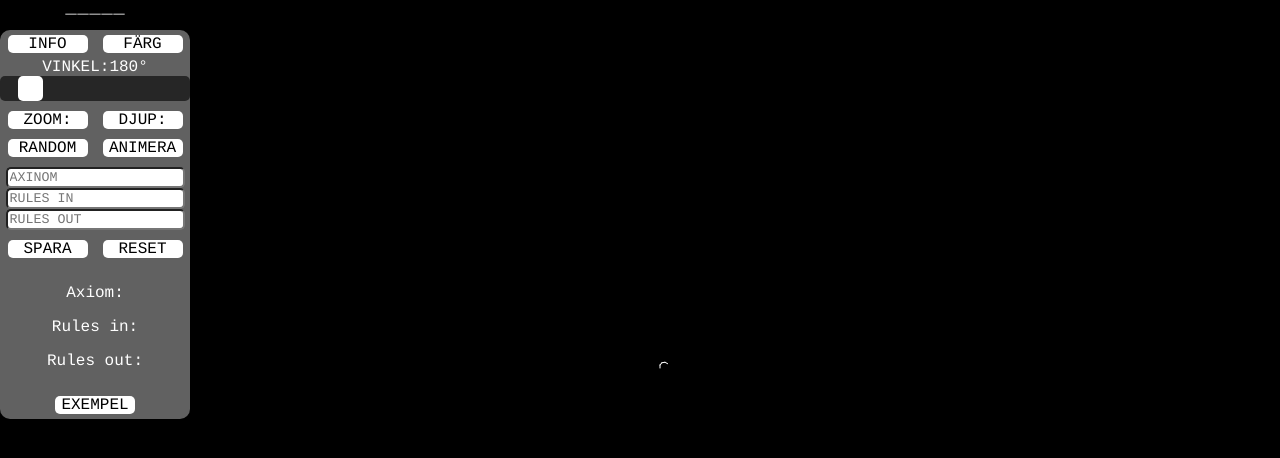
Repository: Gabrielw123/Fraktalgenerator
Page: fraktaler/test/index.html
An editor plug-in stored every save of this project. The page is shown before and after the next save, followed by the edit.
The browser window is 1280 px wide. The pictures show the whole page.
The pointer rests on the first visible `.slider`.
Some web libraries are served in a nearby version.

Above is the page before, as saved 2022-01-13 13:28:28.

### fraktaler/test/index.html
<!DOCTYPE html>
<html lang="en">
  <head>
    <meta charset="UTF-8" />
    <meta http-equiv="X-UA-Compatible" content="IE=edge" />
    <meta name="viewport" content="width=device-width, initial-scale=1.0" />
    <link rel="stylesheet" href="style.css" />
    <title>Fraktal Generator</title>
    <script src="https://cdn.jsdelivr.net/npm/p5@1.0.0/lib/p5.js"></script>
    <!--fading-->
    <script
      src="http://ajax.googleapis.com/ajax/libs/jquery/1.7.1/jquery.min.js"
      type="text/javascript"
    ></script>
  </head>
  <body>
    <!--Skapa en canvas-->
    <canvas id="canvas"></canvas>

    <div class="kontroller">
      <div
        style="background: black"
        onmousedown="return false"
        onselectstart="return false"
        class="grid-container1"
      >
        <div class="grid-item">
          <a class="knappgöm" id="gömknapp" onClick="action();">⏤⏤⏤⏤⏤</a>
        </div>
      </div>

      <div
        style="border-top-left-radius: 10px; border-top-right-radius: 10px"
        onmousedown="return false"
        onselectstart="return false"
        class="grid-container"
        id="göm1"
      >
        <div class="grid-item">
          <a class="knapp" id="infoknapp">INFO</a>
        </div>
        <div class="grid-item">
          <a class="knapp" id="colorknapp" onclick="color();">FÄRG</a>
        </div>
      </div>
      <!--slider vinkel-->
      <div class="slider-container" id="göm2">
        <a onmousedown="return false" onselectstart="return false"
          >VINKEL:<span id="vinkel-out"></span>&deg;</a
        >
        <input type="range" min="0" max="360" class="slider" id="vinkel" />
      </div>

      <div
        onmousedown="return false"
        onselectstart="return false"
        class="grid-container"
        id="göm3"
      >
        <div class="grid-item">
          <a class="knapp" id="längdknapp">ZOOM:<span id="segment_n"></span></a>
        </div>
        <div class="grid-item">
          <a class="knapp" id="djupknapp"
            >DJUP:<span id="generation-out"></span
          ></a>
        </div>

        <div class="grid-item">
          <a class="knapp" id="randomknapp" onclick="random();">RANDOM</a>
        </div>
        <div class="grid-item">
          <a class="knapp" id="animeraknapp" onclick="animera();">ANIMERA</a>
        </div>
      </div>

      <div class="grid-container1" id="göm4">
        <div class="grid-item">
          <input
            style="font-family: courier"
            class="input"
            type="text"
            placeholder="AXINOM"
            id="axiom"
          />
          <input
            style="font-family: courier"
            class="input"
            type="text"
            placeholder="RULES IN"
            id="rules1"
          />
          <input
            style="font-family: courier"
            class="input"
            type="text"
            placeholder="RULES OUT"
            id="rules2"
          />
        </div>
      </div>
      <div
        onmousedown="return false"
        onselectstart="return false"
        class="grid-container"
        id="göm5"
      >
        <div class="grid-item">
          <a class="knapp" id="btn">SPARA</a>
        </div>
        <div class="grid-item">
          <a class="knapp" id="resetknapp" onclick="reset();">RESET</a>
        </div>
      </div>
      <div
        style="
          border-bottom-left-radius: 10px;
          border-bottom-right-radius: 10px;
        "
        class="grid-container1"
        id="göm6"
      >
        <div class="grid-item">
          <p>Axiom:<span id="axiom-out"></span></p>
          <p>Rules in:<span id="rules1-out"></span></p>
          <p>Rules out:<span id="rules2-out"></span></p>
          <p></p>
        </div>
        <div class="grid-item">
          <a
            onmousedown="return false"
            onselectstart="return false"
            class="knapp"
            id="exempelknapp"
            onclick="example();"
            >EXEMPEL</a
          >
        </div>
      </div>

      <!--EXEMPEL-->

      <div
        style="border-radius: 10px"
        onmousedown="return false"
        onselectstart="return false"
        class="grid-container"
        id="göm7"
      >
        <div class="grid-item">
          <a class="knappex" id="Board">Board</a>
        </div>
        <div class="grid-item">
          <a class="knappex" id="Crystal">Crystal</a>
        </div>
        <div class="grid-item">
          <a class="knappex" id="Dragon Curve">Dragon Curve</a>
        </div>
        <div class="grid-item">
          <a class="knappex" id="Hexagonal Gosper">Hexagonal Gosper</a>
        </div>
        <div class="grid-item">
          <a class="knappex" id="Kochcurve">Koch curve</a>
        </div>
        <div class="grid-item">
          <a class="knappex" id="Krishna Anklets">Krishna Anklets</a>
        </div>
        <div class="grid-item">
          <a class="knappex" id="Lévy curve">Lévy curve</a>
        </div>
        <div class="grid-item">
          <a class="knappex" id="L-System Bushes 1">L-System Bushes 1</a>
        </div>
        <div class="grid-item">
          <a class="knappex" id="L-System Bushes 2">L-System Bushes 2</a>
        </div>
        <div class="grid-item">
          <a class="knappex" id="Peano Curve">Peano Curve</a>
        </div>
        <div class="grid-item">
          <a class="knappex" id="Quadratic Snowflake">Quadratic Snowflake </a>
        </div>
        <div class="grid-item">
          <a class="knappex" id="Rings">Rings</a>
        </div>
        <div class="grid-item">
          <a class="knappex" id="Sierpinski Arrowhead">Sierpinski Arrowhead</a>
        </div>
        <div class="grid-item">
          <a class="knappex" id="Sierpinskisquare">Sierpinski Square</a>
        </div>
        <div class="grid-item">
          <a class="knappex" id="Snowflake">Snowflake</a>
        </div>
        <div class="grid-item">
          <a class="knappex" id="Tiles">Tiles</a>
        </div>
        <div class="grid-item">
          <a class="knappex" id="Triangle">Triangle</a>
        </div>
        <div class="grid-item">
          <a class="knappex" id="Von Koch Snowflake">Von Koch Snowflake</a>
        </div>
      </div>
    </div>
    <!--Script-->
    <script src="bruh.js">
      example();
            fraktal.update();
    </script>
  </body>
</html>

### fraktaler/test/style.css
body {
  font-family: "courier", monospace;
  background-color: black;
  color: white;
  text-align: center;
}

.input {
  width: 90%;
  border-radius: 5px;
}
.input:hover {
  background: black;
  color: white;
}

.kontroller {
  width: 190px;
  height: 180px;
  margin: auto;
  position: fixed;
  top: 0%;
  left: 0%;
  right: 100%;
}
.grid-container {
  background: rgba(97, 97, 97, 1);
  display: grid;
  grid-template-columns: auto auto;
}

.grid-container1 {
  background: rgba(97, 97, 97, 1);
  display: grid;
  grid-template-columns: auto;
}
.grid-item {
  text-align: center;
  margin: auto;
  padding-top: 5px;
  padding-bottom: 5px;
}
.grid-item1 {
  text-align: center;
  margin: auto;
  padding-top: 5px;
  padding-bottom: 5px;
  width: 300px;
}
#axiom-out {
  text-align: left;
}
.slider-container {
  background: rgba(97, 97, 97, 1);
  display: grid;
  grid-template-columns: auto;
  width: 100%;
  margin: auto;
  padding-bottom: 5px;
}
.slider {
  -webkit-appearance: none;
  width: 100%;
  height: 25px;
  background: #424242;
  outline: none;
  margin: auto;
  -webkit-transition: 0.2s;
  transition: opacity 0.2s;
  border-radius: 5px;
}

.slider:hover {
  background: #262626;
  color: white;
}

.slider::-webkit-slider-thumb {
  -webkit-appearance: none;
  appearance: none;
  width: 25px;
  height: 25px;
  background: #ffffff;
  cursor: pointer;
  border-radius: 5px;
}

.slider::-moz-range-thumb {
  width: 25px;
  height: 25px;
  background: #04aa6d;
  cursor: pointer;
}

a.knapp {
  display: block;
  background: white;
  color: black;
  width: 80px;
  cursor: pointer;
  border-radius: 5px;
}
a.knapp:hover {
  background: #262626;
  border-radius: 5px;
  color: white;
}

#canvas {
  position: fixed;
  top: 0px;
  left: 0px;
  z-index: -1;
}

a.knappon {
  display: block;
  width: 80px;
  background: #444444;
  color: #ffffff;
  cursor: pointer;
  border-radius: 5px;
}
a.knappex {
  background: white;
  color: black;
  text-align: center;
  cursor: pointer;
  font-size: 13px;
  width: 85px;
  height: 35px;
  display: table-cell;
  vertical-align: middle;
  border-radius: 5px;
}
a.knappex:hover {
  background: #262626;
  border-radius: 5px;
  color: white;
}
.span {
  width: 500px;
}
.knappgöm {
  display: block;
  background: black;
  color: white;
  width: 85px;
  height: 20px;
  cursor: pointer;
  font-size: 15px;
  border-radius: 5px;
}
a.knappgöm:hover {
  background: #262626;
  border-radius: 5px;
  color: black;
}

### fraktaler/test/bruh.js
/*

Den här fraktal generatorn använder sig av Lindenmayer systemet (https://en.wikipedia.org/wiki/L-system)

Källor för lite info
https://codesandbox.io/s/fraktal-generator-forked-g76j8?file=/sketch.js
https://en.wikipedia.org/wiki/L-system#Types_of_L-systems
http://paulbourke.net/fractals/lsys/
https://www.sidefx.com/docs/houdini/nodes/sop/lsystem.html
http://www1.biologie.uni-hamburg.de/b-online/e28_3/lsys.html
https://www.kevs3d.co.uk/dev/lsystems/
https://piratefsh.github.io/p5js-art/public/lsystems/

*/

//INFO button
fetch("README.txt")
  .then((response) => response.text())
  .then((text) => console.log(text));

var info = document.getElementById("infoknapp");
info.onclick = function () {
  confirm("to");
};

//hur snabbt den animerar
var animatespeed = 100;

//lite variablar
let genButton;
let resButton;
let guiText;
color_n = 0;
let generation = 0;
let maxGeneration = 5;
let length;
let angle;
//första load
let axiom = "F+F+F+F";
let rules = [
  {
    in: "F",
    out: "F+F-F-FF+F+F-F",
  },
];

//save button för egna input på fraktaler
const btn = document.getElementById("btn");

btn.addEventListener("click", function () {
  var axiom2 = document.getElementById("axiom").value;
  var rules1 = document.getElementById("rules1").value;
  var rules2 = document.getElementById("rules2").value;
  confirm(
    "Axiom: " + axiom2 + "\nRules in: " + rules1 + "\nRules out: " + rules2
  );
  axiom = axiom2;
  rules = [
    {
      in: rules1,
      out: rules2,
    },
  ];
});

//animera ikonen på hemsidan
var favicon_images = [
    "bilderhem/tmp-0.gif",
    "bilderhem/tmp-1.gif",
    "bilderhem/tmp-2.gif",
    "bilderhem/tmp-3.gif",
    "bilderhem/tmp-4.gif",
    "bilderhem/tmp-5.gif",
  ],
  image_counter = 0;

setInterval(function () {
  if (document.querySelector("link[rel='icon']") !== null)
    document.querySelector("link[rel='icon']").remove();
  if (document.querySelector("link[rel='shortcut icon']") !== null)
    document.querySelector("link[rel='shortcut icon']").remove();
  document
    .querySelector("head")
    .insertAdjacentHTML(
      "beforeend",
      '<link rel="icon" href="' +
        favicon_images[image_counter] +
        '" type="image/gif">'
    );
  if (image_counter == favicon_images.length - 1) image_counter = 0;
  else image_counter++;
}, 200);

//göm UI
var hidden = false;
function action() {
  hidden = !hidden;
  if (hidden) {
    document.getElementById("göm1").style.visibility = "hidden";
    document.getElementById("göm2").style.visibility = "hidden";
    document.getElementById("göm3").style.visibility = "hidden";
    document.getElementById("göm4").style.visibility = "hidden";
    document.getElementById("göm5").style.visibility = "hidden";
    document.getElementById("göm6").style.visibility = "hidden";
    if (document.getElementById("göm7").style.visibility === "visible") {
      document.getElementById("göm7").style.visibility = "hidden";
    }
  } else {
    document.getElementById("göm1").style.visibility = "visible";
    document.getElementById("göm2").style.visibility = "visible";
    document.getElementById("göm3").style.visibility = "visible";
    document.getElementById("göm4").style.visibility = "visible";
    document.getElementById("göm5").style.visibility = "visible";
    document.getElementById("göm6").style.visibility = "visible";
    document.getElementById("göm7").style.visibility = "visible";
  }
}
//göm från början
document.getElementById("göm7").style.visibility = "hidden";
var hidden1 = true;
function example() {
  hidden1 = !hidden1;
  if (hidden1) {
    document.getElementById("göm7").style.visibility = "hidden";
  } else {
    document.getElementById("göm7").style.visibility = "visible";
  }
}

let sentence = axiom;

//start funktion
function setup() {
  createCanvas(windowWidth - 40, windowHeight - 25);
  angle = radians(vinkel.value);
  length = segment_n * 3;
  turtle();
  drawGUI();
}

//color problem
var r = 255,
  g = 0,
  b = 0;

setInterval(function () {
  if (r > 0 && b == 0) {
    r--;
    g++;
  }
  if (g > 0 && r == 0) {
    g--;
    b++;
  }
  if (b > 0 && g == 0) {
    r++;
    b--;
  }
  $("#color").text("rgb(" + r + "," + g + "," + b + ")");
  $("#color").css("color", "rgb(" + r + "," + g + "," + b + ")");
  turtle();
  console.log("df");
}, 10);

function generate() {
  length = segment_n * 3;

  let nextSentence = "";

  for (let i = 0; i < sentence.length; i++) {
    let found = false;
    let currentChar = sentence.charAt(i);

    for (let j = 0; j < rules.length; j++) {
      if (currentChar === rules[j].in) {
        found = true;
        nextSentence += rules[j].out;
        break;
      }
    }
    if (!found) {
      nextSentence += currentChar;
    }
  }
  sentence = nextSentence;
  turtle();
}
function turtle() {
  resetMatrix();
  background(0);
  //color
  if (color_n === 0) {
    stroke(255); //white
  }
  if (color_n === 1) {
    stroke(0, 0, 255); //blue
  }
  if (color_n === 2) {
    stroke(0, 128, 0); //green
  }
  if (color_n === 3) {
    stroke(255, 0, 0); //red
  }
  if (color_n === 4) {
    stroke(255, 165, 0); //orange
  }
  if (color_n === 5) {
    stroke(r, g, b); //rgb flera färger
  }
  translate(window.innerWidth / 2, window.innerHeight / 2);

  for (let i = 0; i <= sentence.length; i++) {
    let currentChar = sentence.charAt(i);

    if (currentChar === "F") {
      line(0, 0, 0, -length);
      translate(0, -length);
    } else if (currentChar === "+") {
      rotate(angle);
    } else if (currentChar === "-") {
      rotate(-angle);
    } else if (currentChar === "[") {
      push();
    } else if (currentChar === "]") {
      pop();
    }
  }
}

var djupknapp = document.getElementById("djupknapp");
djupknapp.onclick = function () {
  if (generation < maxGeneration) {
    generate();
  }
  generation++;
  if (generation > 5) {
    generation = 1;
    sentence = axiom;
    generate();
  }
  var generationout = document.getElementById("generation-out");
  generationout.innerHTML = generation;
  var axiomout = document.getElementById("axiom-out");
  axiomout.innerHTML = axiom;
  var rules1out = document.getElementById("rules1-out");
  rules1out.innerHTML = rules[0].in;
  var rules2out = document.getElementById("rules2-out");
  rules2out.innerHTML = rules[0].out;
};

//skriver ut värden och saker på skärmer för användaren
function drawGUI() {
  genButton = createButton("DJUP");
  genButton.size(85, 20);
  genButton.position(-200, 260);
  genButton.mousePressed(function () {
    if (generation < maxGeneration) {
      generate();
    }
    generation++;
    if (generation > 5) {
      generation = 1;
      sentence = axiom;
      generate();
    }
    var generationout = document.getElementById("generation-out");
    generationout.innerHTML = generation;
    var axiomout = document.getElementById("axiom-out");
    axiomout.innerHTML = axiom;
    var rules1out = document.getElementById("rules1-out");
    rules1out.innerHTML = rules[0].in;
    var rules2out = document.getElementById("rules2-out");
    rules2out.innerHTML = rules[0].out;
  });
}

//!Exemepel knappar

//Andra rad
animera_n = 0;

var c1 = 0;
var t;
var timer_is_on = 0;

//Random funktion
function getRandomInt(min, max) {
  min = Math.ceil(min);
  max = Math.floor(max);
  return Math.floor(Math.random() * (max - min) + min); //The maximum is exclusive and the minimum is inclusive
}

var fraktal = (function () {
  //js funktion
  const c = document.getElementById("canvas");
  var ctx = c.getContext("2d");

  //får bredden och höjden av hemsidan du har på din enhet
  c.width = window.innerWidth;
  c.height = window.innerHeight;
  ctx.strokeStyle = "black";
  ctx.lineWidth = 2;

  //!SLIDERS
  var vinkel = document.getElementById("vinkel");
  var vinkelout = document.getElementById("vinkel-out");
  vinkelout.innerHTML = vinkel.value;

  //gör saker med vinkel
  vinkel.oninput = function () {
    vinkelout.innerHTML = this.value;
    update();
  };

  //SEGMENT
  var segment = document.getElementById("längdknapp");
  segment.onclick = function () {
    segment_n++;
    if (segment_n === 6) {
      segment_n = 1;
    }
    document.getElementById("segment_n").innerHTML = segment_n;
    update();
  };
  //!RESET
  var reset = document.getElementById("resetknapp");
  reset.onclick = function () {
    sentence = axiom;
    turtle();
    vinkel.value = 90;
    segment_n = 3;
    generation = 2;
    axiom = "F+F+F+F";
    rules = [
      {
        in: "F",
        out: "F+F-F-FF+F+F-F",
      },
    ];
    //stönga av animera
    clearTimeout(t);
    animera.className = "knapp";
    c1 = 0;
    animera_n = 0;
    //update this
    update();
  };

  //!RANDOM
  var random = document.getElementById("randomknapp");
  random.onclick = function () {
    vinkel.value = getRandomInt(0, 361);
    vinkelout.innerHTML = vinkel.value;
    update();
  };

  //!ANIMERA

  var animera = document.getElementById("animeraknapp");
  animera.onclick = function () {
    animera_n++;
    if (animera_n === 1) {
      timedCount();
      animera.className = "knappon";
    }
    if (animera_n === 2) {
      clearTimeout(t);
      animera.className = "knapp";
      c1 = 0;
      animera_n = 0;
    }
  };
  //!COLOR

  var color = document.getElementById("colorknapp");
  color.onclick = function () {
    color_n++;
    if (color_n === 6) {
      color_n = 0;
    }
    update();
  };

  timedCount = function () {
    var v = parseInt(vinkel.value);
    v = v + 1;

    if (v === 361) {
      v = 0;
    }
    //updatera UI
    vinkel.value = v;
    vinkelout.innerHTML = vinkel.value;
    //vänta
    t = setTimeout(timedCount, animatespeed);
    update();
  };

  //!Uppdatera allt/////////////////////////////
  var update = function () {
    //skriver ut de nya väderna
    setup();
    //Updaterar sliders och bilder/knappar
    vinkelout.innerHTML = vinkel.value;
    document.getElementById("segment_n").innerHTML = segment_n;
    var generationout = document.getElementById("generation-out");
    generationout.innerHTML = generation;

    var axiomout = document.getElementById("axiom-out");
    axiomout.innerHTML = axiom;
    var rules1out = document.getElementById("rules1-out");
    rules1out.innerHTML = rules[0].in;
    var rules2out = document.getElementById("rules2-out");
    rules2out.innerHTML = rules[0].out;
    //sparar hashen för hemsidan
    save();
  };

  //!SAVE OCH LOAD
  var save = function () {
    var ruleid =
      "#" +
      vinkel.value +
      "," +
      segment_n +
      "," +
      generation +
      "," +
      axiom +
      "," +
      rules[0].in +
      "," +
      rules[0].out;
    window.location = String(window.location).replace(/\#.*$/, "") + ruleid;
  };

  var load = function () {
    let d = window.location.toString();
    if (d.includes("#")) {
      const myArr = d.split("#");

      const test = myArr[1].split(",");
      //Sliders
      vinkel.value = test[0];
      //Knappar
      segment_n = test[1];
      generation = test[2];
      axiom = test[3];
      rules[0].in = test[4];
      rules[0].out = test[5];

      if (
        vinkel.value == undefined ||
        segment_n === undefined ||
        generation === undefined ||
        axiom === undefined ||
        rules[0].in === undefined ||
        rules[0].out === undefined
      ) {
        //Sliders
        vinkel.value = 40;
        //Knappar
        segment_n = 1;
        generation = 1;
        axiom = "F";
        rules[0].in = "F";
        rules[0].out = "F+F";
      }
    } else {
      //Sliders
      vinkel.value = 40;
      //Knappar
      segment_n = 1;
      //Knappar
      generation = 1;
      axiom = "F";
      rules[0].in = "F";
      rules[0].out = "F+F";
    }
    save();
  };
  //!START
  load();

  //!EXEMPEL
  //Exemplerna är ifrån http://paulbourke.net/fractals/lsys/
  //save button för egna input på fraktaler
  const Kochcurve = document.getElementById("Kochcurve");
  Kochcurve.addEventListener("click", function () {
    axiom = "F+F+F+F";
    rules = [
      {
        in: "F",
        out: "F+F-F-FF+F+F-F",
      },
    ];
    vinkel.value = 90;
    segment_n = 3;
    generation = 5;
    update();
  });

  const Sierpinskisquare = document.getElementById("Sierpinskisquare");
  Sierpinskisquare.addEventListener("click", function () {
    axiom = "F+XF+F+XF";
    rules = [
      {
        in: "X",
        out: "XF-F+F-XF+F+XF-F+F-X",
      },
    ];
    vinkel.value = 90;
    segment_n = 3;
    generation = 5;
    update();
  });

  const LSystemBushes1 = document.getElementById("L-System Bushes 1");
  LSystemBushes1.addEventListener("click", function () {
    axiom = "F";
    rules = [
      {
        in: "F",
        out: "FF+[+F-F-F]-[-F+F+F]",
      },
    ];
    vinkel.value = 22.5;
    segment_n = 1;
    generation = 5;
    update();
  });

  const LSystemBushes2 = document.getElementById("L-System Bushes 2");
  LSystemBushes2.addEventListener("click", function () {
    axiom = "F";
    rules = [
      {
        in: "F",
        out: "F[+FF][-FF]F[-F][+F]F",
      },
    ];
    vinkel.value = 35;
    segment_n = 1;
    generation = 5;
    update();
  });

  const Board = document.getElementById("Board");
  Board.addEventListener("click", function () {
    axiom = "F+F+F+F";
    rules = [
      {
        in: "F",
        out: "FF+F+F+F+FF",
      },
    ];
    vinkel.value = 90;
    segment_n = 1;
    generation = 5;
    update();
  });

  const Triangle = document.getElementById("Triangle");
  Triangle.addEventListener("click", function () {
    axiom = "F+F+F";
    rules = [
      {
        in: "F",
        out: "F-F+F",
      },
    ];
    vinkel.value = 120;
    segment_n = 1;
    generation = 5;
    update();
  });
  const Crystal = document.getElementById("Crystal");
  Crystal.addEventListener("click", function () {
    axiom = "F+F+F+F";
    rules = [
      {
        in: "F",
        out: "FF+F++F+F",
      },
    ];
    vinkel.value = 90;
    segment_n = 1;
    generation = 5;
    update();
  });
  const VonKochSnowflake = document.getElementById("Von Koch Snowflake");
  VonKochSnowflake.addEventListener("click", function () {
    axiom = "F++F++F";
    rules = [
      {
        in: "F",
        out: "F-F++F-F",
      },
    ];
    vinkel.value = 60;
    segment_n = 1;
    generation = 5;
    update();
  });
  const Tiles = document.getElementById("Tiles");
  Tiles.addEventListener("click", function () {
    axiom = "F+F+F+F";
    rules = [
      {
        in: "F",
        out: "FF+F-F+F+FF",
      },
    ];
    vinkel.value = 90;
    segment_n = 1;
    generation = 5;
    update();
  });

  const Rings = document.getElementById("Rings");
  Rings.addEventListener("click", function () {
    axiom = "F+F+F+F";
    rules = [
      {
        in: "F",
        out: "FF+F+F+F+F+F-F",
      },
    ];
    vinkel.value = 90;
    segment_n = 1;
    generation = 5;
    update();
  });
  const Lévycurve = document.getElementById("Lévy curve");
  Lévycurve.addEventListener("click", function () {
    axiom = "F";
    rules = [
      {
        in: "F",
        out: "+F--F+",
      },
    ];
    vinkel.value = 45;
    segment_n = 1;
    generation = 5;
    update();
  });
  const HexagonalGosper = document.getElementById("Hexagonal Gosper");
  HexagonalGosper.addEventListener("click", function () {
    axiom = "XF";
    rules = [
      {
        in: "X",
        out: "X+YF++YF-FX--FXFX-YF+",
      },
      {
        in: "Y",
        out: "-FX+YFYF++YF+FX--FX-Y",
      },
    ];
    vinkel.value = 60;
    segment_n = 1;
    generation = 5;
    update();
  });
  const DragonCurve = document.getElementById("Dragon Curve");
  DragonCurve.addEventListener("click", function () {
    axiom = "FX";
    rules = [
      {
        in: "X",
        out: "X+YF+",
      },
      {
        in: "Y",
        out: "-FX-Y",
      },
    ];
    vinkel.value = 90;
    segment_n = 1;
    generation = 5;
    update();
  });
  const SierpinskiArrowhead = document.getElementById("Sierpinski Arrowhead");
  SierpinskiArrowhead.addEventListener("click", function () {
    axiom = "YF";
    rules = [
      {
        in: "X",
        out: "YF+XF+Y",
      },
      {
        in: "Y",
        out: "XF-YF-X",
      },
    ];
    vinkel.value = 60;
    segment_n = 1;
    generation = 5;
    update();
  });
  const QuadraticSnowflake = document.getElementById("Quadratic Snowflake");
  QuadraticSnowflake.addEventListener("click", function () {
    axiom = "F";
    rules = [
      {
        in: "F",
        out: "F-F+F+F-F",
      },
    ];
    vinkel.value = 90;
    segment_n = 1;
    generation = 5;
    update();
  });
  const PeanoCurve = document.getElementById("Peano Curve");
  PeanoCurve.addEventListener("click", function () {
    axiom = "X";
    rules = [
      {
        in: "X",
        out: "XFYFX+F+YFXFY-F-XFYFX",
      },
      {
        in: "Y",
        out: "YFXFY-F-XFYFX+F+YFXFY",
      },
    ];
    vinkel.value = 90;
    segment_n = 1;
    generation = 5;
    update();
  });
  const snowflake = document.getElementById("Snowflake");
  snowflake.addEventListener("click", function () {
    axiom = "F-F-F-F-F";
    rules = [
      {
        in: "F",
        out: "F-F++F+F-F-F",
      },
    ];
    vinkel.value = 72;
    segment_n = 1;
    generation = 5;
    update();
  });
  const KrishnaAnklets = document.getElementById("Krishna Anklets");
  KrishnaAnklets.addEventListener("click", function () {
    axiom = "-X--X";
    rules = [
      {
        in: "X",
        out: "XFX--XFX",
      },
    ];
    vinkel.value = 45;
    segment_n = 1;
    generation = 5;
    update();
  });
})();

After the next save:
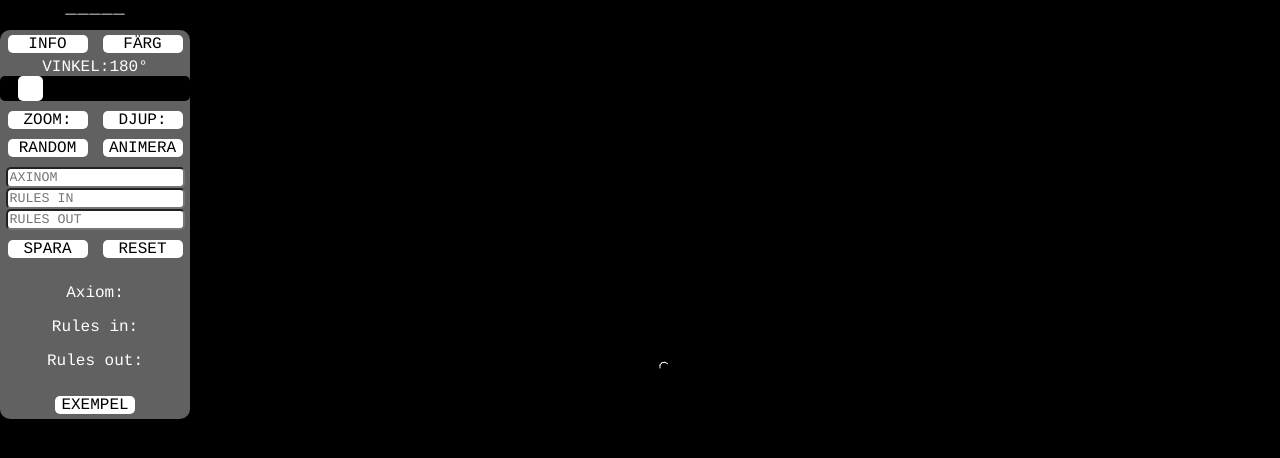
Saved 22 s later.
--- a/fraktaler/test/style.css
+++ b/fraktaler/test/style.css
@@ -71,7 +71,7 @@ body {
 }
 
 .slider:hover {
-  background: #262626;
+  background: black;
   color: white;
 }
 
@@ -101,7 +101,7 @@ a.knapp {
   border-radius: 5px;
 }
 a.knapp:hover {
-  background: #262626;
+  background: black;
   border-radius: 5px;
   color: white;
 }
@@ -134,7 +134,7 @@ a.knappex {
   border-radius: 5px;
 }
 a.knappex:hover {
-  background: #262626;
+  background: black;
   border-radius: 5px;
   color: white;
 }
@@ -152,7 +152,7 @@ a.knappex:hover {
   border-radius: 5px;
 }
 a.knappgöm:hover {
-  background: #262626;
+  background: black;
   border-radius: 5px;
   color: black;
 }
